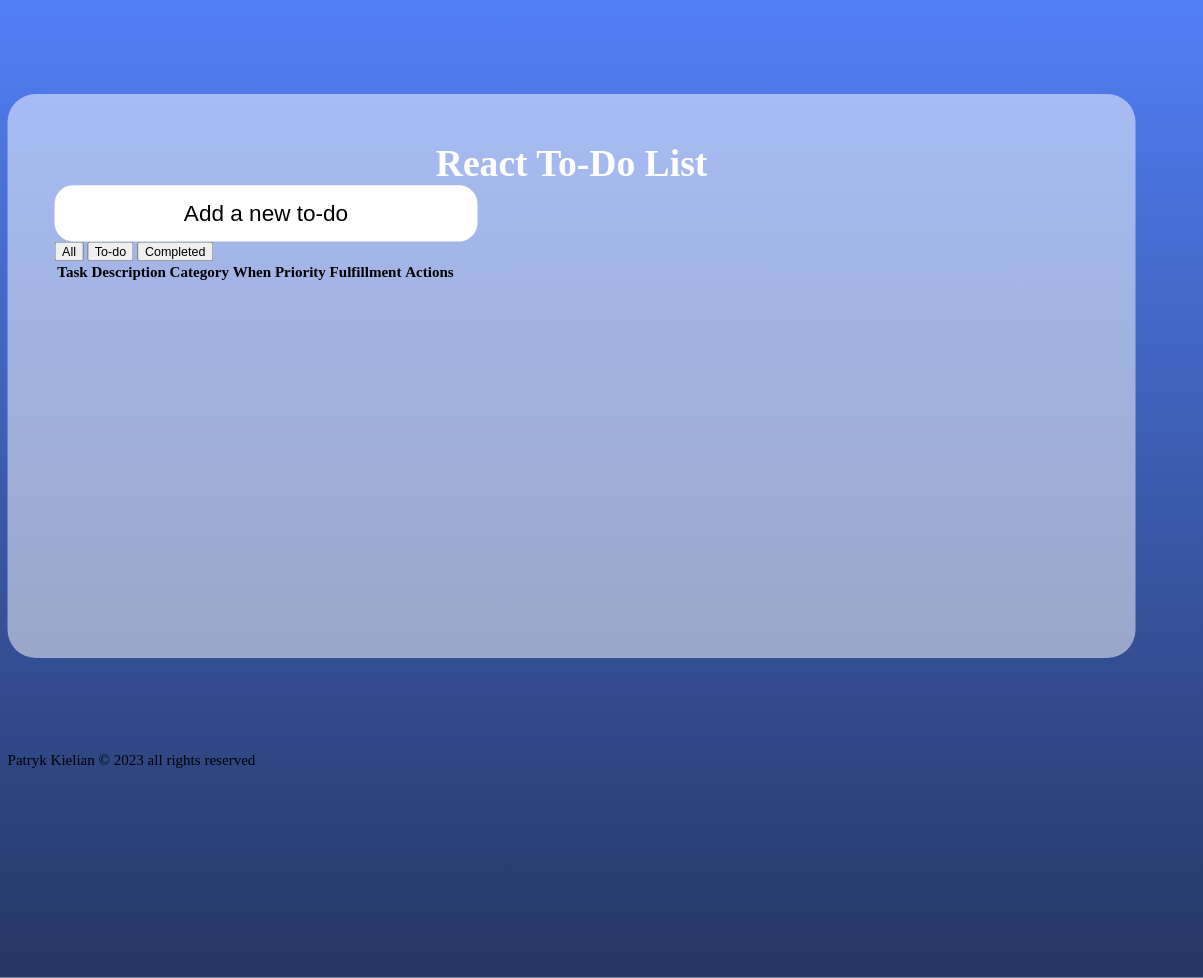
Repository: mirajane2/maquette-todo
Page: index.html
The author's editor kept a copy of each file at every save. The page is drawn from the files as they stood at one save, then again after the next save.
The browser window is 1280 px wide. The pictures show the whole page, at 94% of full size.

Above is the page before, as saved 2024-11-13 10:58:08.

After the next save:
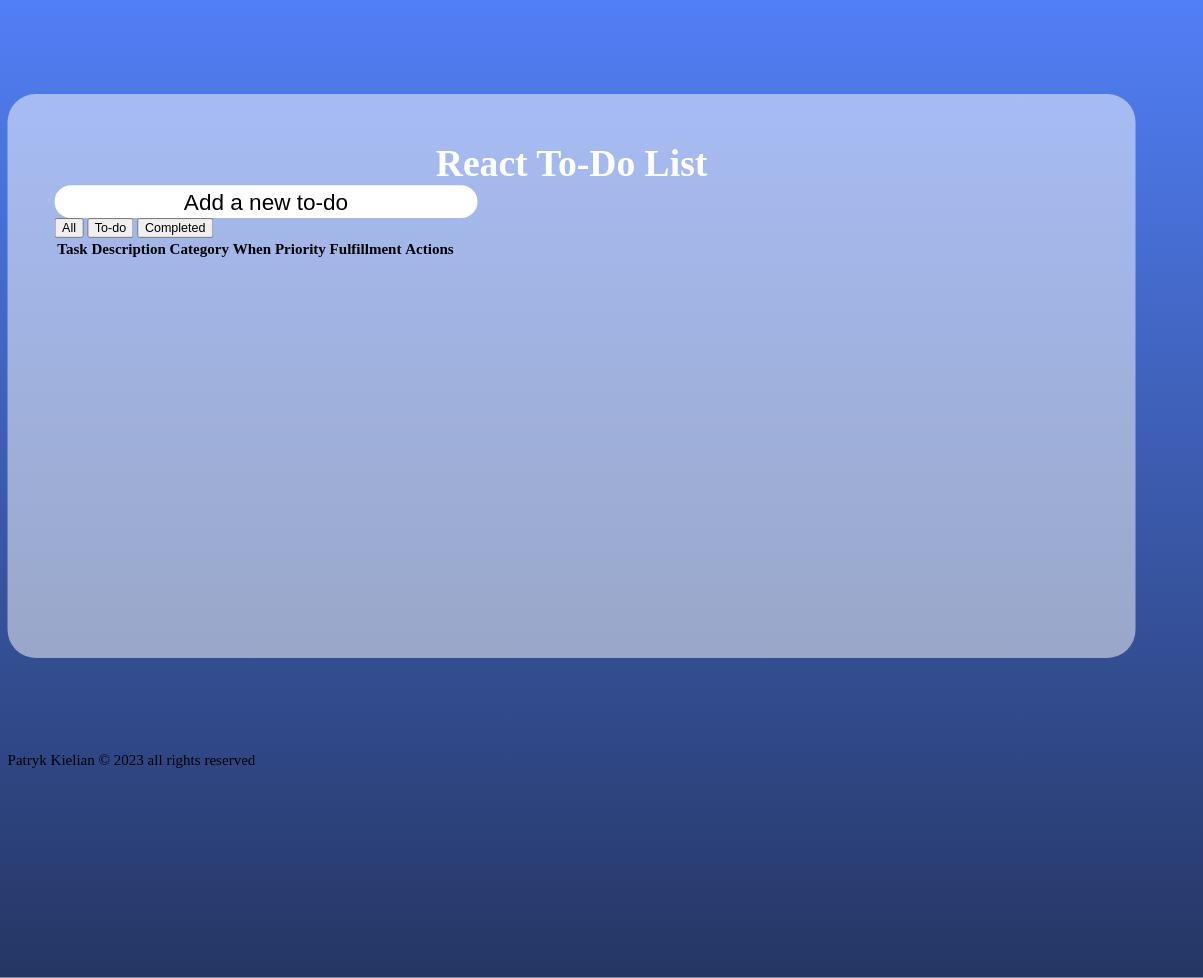
Saved 17 s later.
--- a/index.css
+++ b/index.css
@@ -28,7 +28,7 @@ html{
 .taches{
     font-size: 24px;
     font-weight: 400px;
-    height: 60px;
+    height: 35px;
     width: 450px;
     border-radius: 20px;
     border: none;
